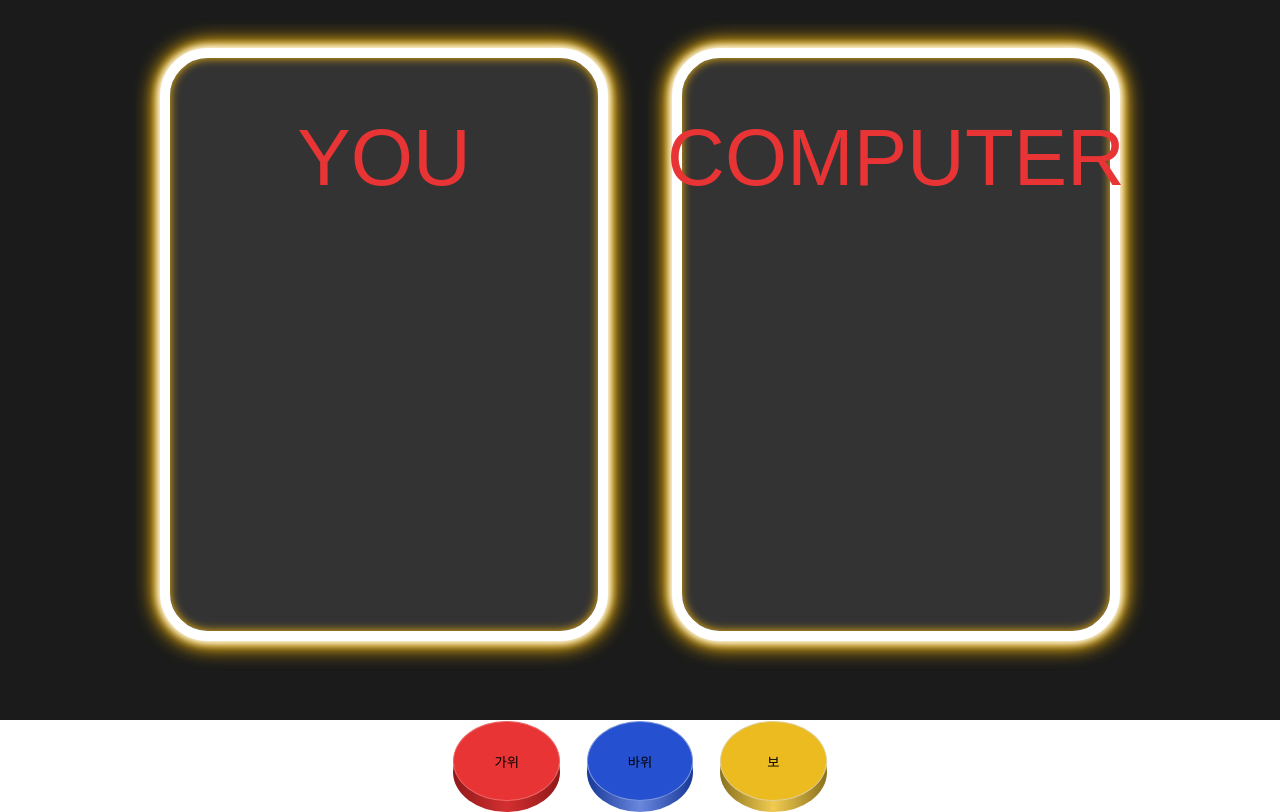
Repository: KIMMIHYE12/classComponent
Page: /
The author's editor kept a copy of each file at every save. The page is drawn from the files as they stood at one save, then again after the next save.
The browser window is 1280 px wide. The pictures show the whole page.
Some web fonts or font styles are not loaded; a fallback is used. The project was rebuilt for these pictures with package versions that can differ from the ones it lists, and the page was loaded fresh each time.

Above is the page before, as saved 2024-03-19 22:02:14.

### src/App.js
import { object } from "prop-types";
import { useState } from "react";
import "./App.css";
import { Box } from "./component/Box";

const choice = {
  scissors: {
    name: "Scissors",
    img: "/images/scissors.png",
    describe: "가위 이미지",
  },
  rock: {
    name: "Rock",
    img: "/images/rock.png",
    describe: "바위 이미지",
  },
  paper: {
    name: "Paper",
    img: "/images/paper.png",
    describe: "보 이미지",
  },
};

function App() {
  const [userSelect, setUserSelect] = useState(null);
  const [computerSelect, setComputerSelect] = useState(null);
  const [result, setResult] = useState("");

  const play = (userChoice) => {
    setUserSelect(choice[userChoice]);
    let computerChoice = remdomChoice();
    setComputerSelect(computerChoice);
    setResult(judgement(choice[userChoice], computerChoice));
  };

  const remdomChoice = () => {
    let itemArray = Object.keys(choice);
    let randomItem = Math.floor(Math.random() * itemArray.length);
    let final = itemArray[randomItem];
    return choice[final];
  };

  const judgement = (user, computer) => {
    if (user.name == computer.name) {
      return "Tie";
    } else if (user.name == "Scissors")
      return computer.name == "Paper" ? "Win" : "Lose";
    else if (user.name == "Rock")
      return computer.name == "Scissors" ? "Win" : "Lose";
    else if (user.name == "Paper")
      return computer.name == "Rock" ? "Win" : "Lose";
  };

  return (
    <div className='content'>
      <div className='game_screen'>
        <Box title='YOU' item={userSelect} result={result} />
        <Box title='COMPUTER' item={computerSelect} result={result} />
      </div>
      <div className='btn_wrap'>
        <button
          className='scissors'
          onClick={() => {
            play("scissors");
          }}
        >
          가위
        </button>
        <button
          className='rock'
          onClick={() => {
            play("rock");
          }}
        >
          바위
        </button>
        <button
          className='paper'
          onClick={() => {
            play("paper");
          }}
        >
          보
        </button>
      </div>
    </div>
  );
}

export default App;

### src/App.css
@import url("https://use.typekit.net/ebb2deg.css");

* {
  box-sizing: border-box;
}

.content {
  height: 100vh;
  padding: 3em 0;
  background-color: #1b1b1b;
}

.game_screen {
  width: 100%;
  display: flex;
  justify-content: center;
}

.box {
  width: 35%;
  display: flex;
  flex-direction: column;
  align-items: center;
  margin: 0 2em;
  border: 10px solid #444;
  background: #333;
  border-radius: 3rem;
}

.neon {
  border: 10px solid #fff;
  box-shadow: 0 0 10px #fff, 0 0 10px #fff, 0 0 24px #f5b70c, 0 0 16px #f5b70c,
    0 0 24px #f5b70c, inset 0 0 10px #f5b70c;
}

h1 {
  font-size: 5em;
  color: #e83435;
  font-family: "gloridot", sans-serif;
  font-weight: 400;
  font-style: normal;
}

h2 {
  font-size: 2em;
  color: #e83435;
  font-family: "gloridot", sans-serif;
  font-weight: 400;
  font-style: normal;
  letter-spacing: 0.3rem;
}

.img_wrap {
  width: 70%;
  height: 0;
  padding-bottom: 75%;
}

img {
  width: 100%;
}

.btn_wrap {
  position: relative;
  margin-top: 5em;
  display: flex;
  justify-content: center;
  z-index: 1;
}

.btn_wrap button {
  position: relative;
  width: 8em;
  height: 6em;
  margin: 0 1em;
  border-radius: 50%;
  top: 0;
  outline: 0;
}

.btn_wrap button.scissors {
  background-color: #e83435;
  border: 1px solid #ec6666;
}

.btn_wrap button.rock {
  background-color: #2551d1;
  border: 1px solid #8097dc;
}

.btn_wrap button.paper {
  background-color: #ebbb1f;
  border: 1px solid #dfcf98;
}

.btn_wrap button:before {
  width: 8em;
  height: 6em;
  display: inline-block;
  content: "";
  position: absolute;
  top: 10px;
  left: -1px;
  right: 0;
  background: red;
  border-radius: 50%;
  z-index: -1;
}

.btn_wrap button.scissors:before {
  background: linear-gradient(
    90deg,
    rgba(143, 25, 25, 1) 0%,
    rgba(212, 47, 48, 1) 50%,
    rgba(143, 25, 25, 1) 100%
  );
}

.btn_wrap button.rock:before {
  background: linear-gradient(
    90deg,
    rgba(23, 56, 152, 1) 0%,
    rgba(106, 135, 221, 1) 50%,
    rgba(23, 56, 152, 1) 100%
  );
}

.btn_wrap button.paper:before {
  background: linear-gradient(
    90deg,
    rgba(139, 113, 30, 1) 0%,
    rgba(241, 203, 80, 1) 50%,
    rgba(139, 113, 30, 1) 100%
  );
}

.btn_wrap button:active {
  top: 4px;
}

.btn_wrap button:active:before {
  top: 6px;
}

### src/component/Box.js
import React from "react";

export const Box = (props) => {
  let result;
  console.log("title", props.title);

  if (
    props.title === "COMPUTER" &&
    props.result !== "Tie" &&
    props.result !== ""
  ) {
    result = props.result == "Win" ? "Lose" : "Win";
  } else {
    result = props.result;
  }

  return (
    <div className={`box ${result == "Lose" ? "" : "neon"}`}>
      <h1>{props.title}</h1>
      <div className='img_wrap'>
        <img
          src={props.item && props.item.img}
          alt={props.item && props.item.describe}
        />
      </div>

      <h2>{result}</h2>
    </div>
  );
};

Loaded but not shown: public/index.html (common file); src/index.js (common file); src/index.css (common file); src/reportWebVitals.js (common file)

After the next save:
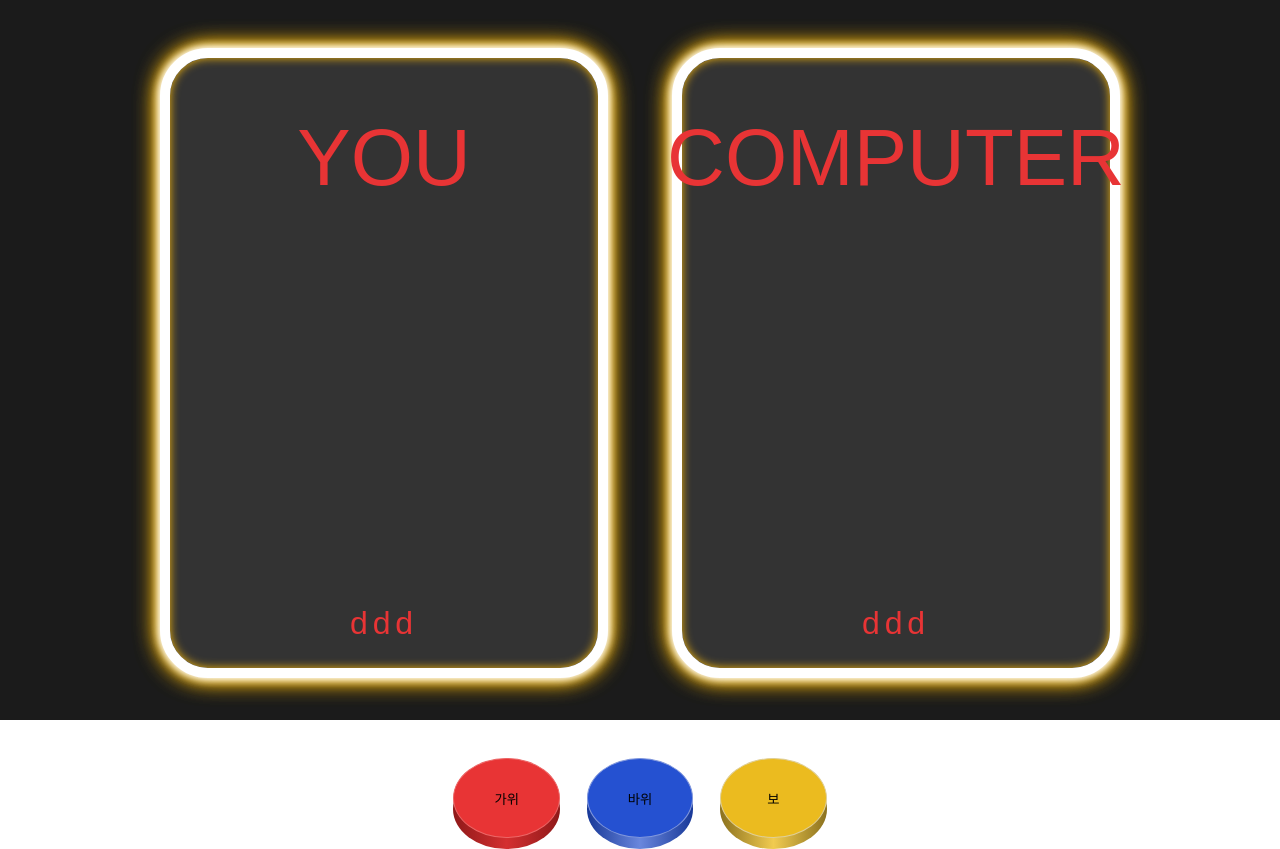
Saved 3 min 47 s later.
--- a/src/App.css
+++ b/src/App.css
@@ -48,6 +48,10 @@
   font-weight: 400;
   font-style: normal;
   letter-spacing: 0.3rem;
+}
+
+h2::before {
+  content: "ddd";
 }
 
 .img_wrap {

After the save that followed:
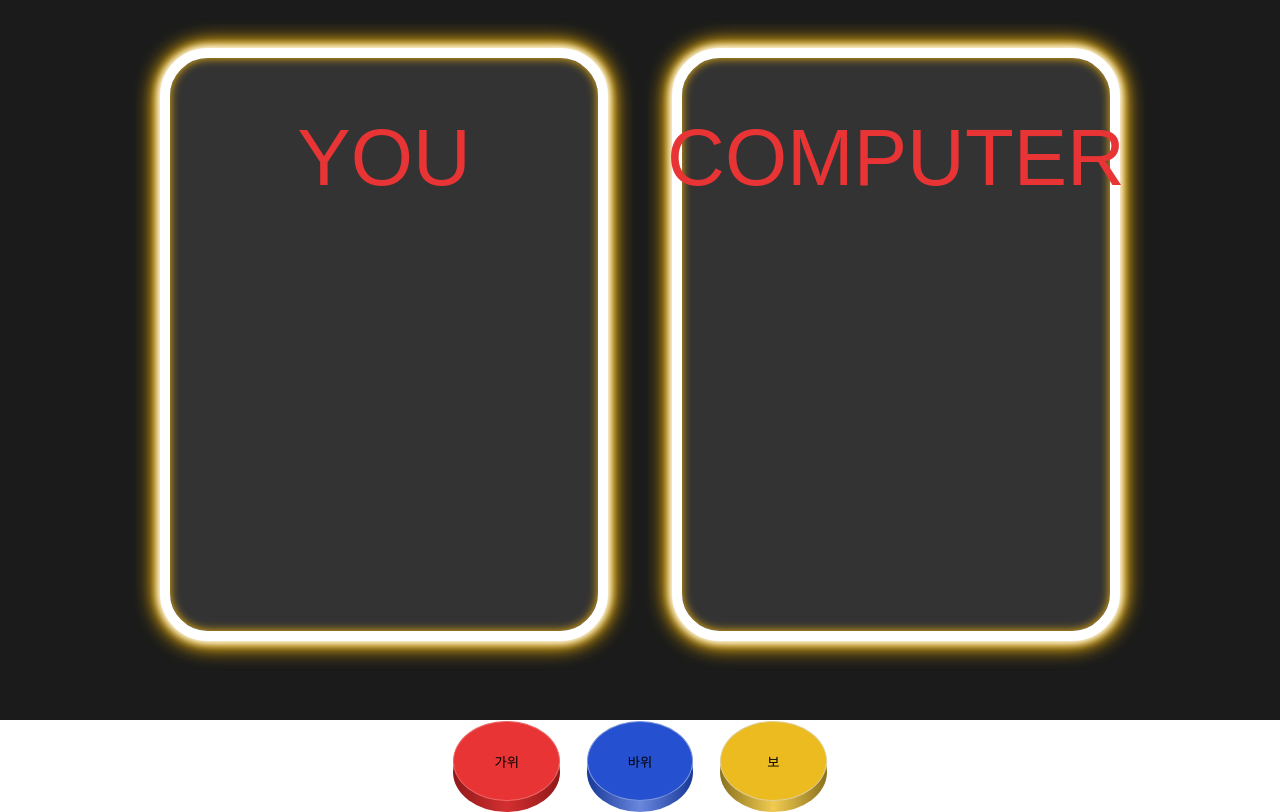
Saved 6 s later.
--- a/src/App.css
+++ b/src/App.css
@@ -51,7 +51,7 @@
 }
 
 h2::before {
-  content: "ddd";
+  content: " ";
 }
 
 .img_wrap {
